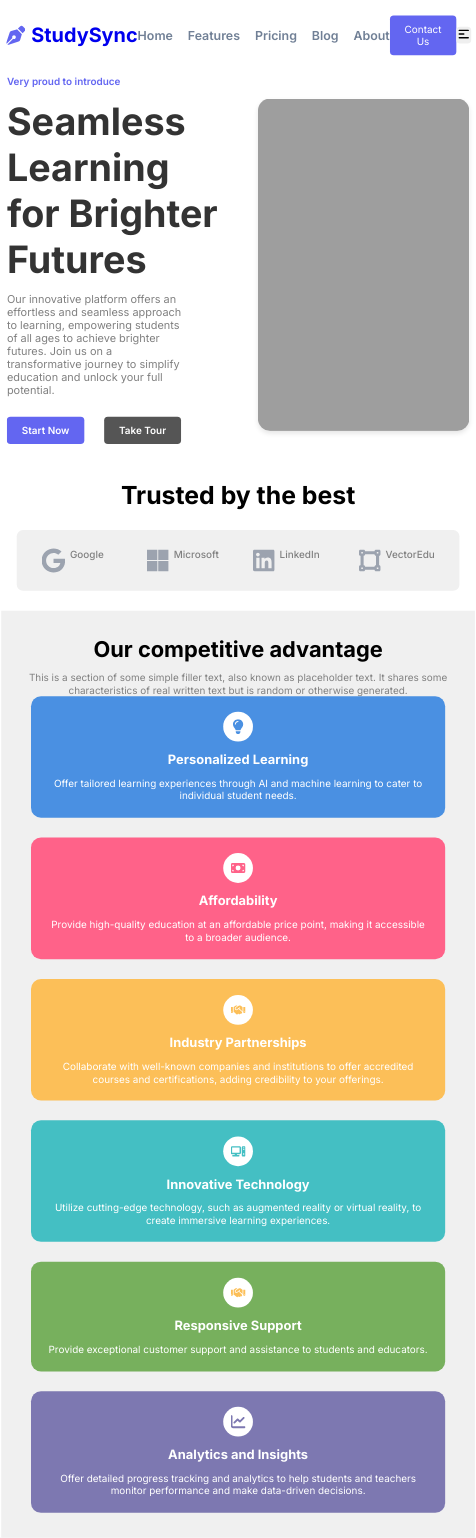
Repository: Vaibhav979/StudySync-FrontEnd-Project
Page: index.html
These files come from the project's save history. The page is drawn as it stood at one moment and after the next save; the edit follows.
The browser window is 768 px wide. The pictures show the whole page, at 62% of full size.
Pictures or frames that could not be fetched are drawn as grey boxes.

Above is the page before, as saved 2025-04-17 22:15:58.

### index.html
<!DOCTYPE html>
<html lang="en">

<head>
    <meta charset="UTF-8">
    <meta name="viewport" content="width=device-width, initial-scale=1.0">
    <title>Document</title>
    <link rel="stylesheet" href="styles.css">
</head>

<body>
    <div class="header">
        <header class="header-content">
            <a href="#logo" class="logo">
                <img src="/images/StudySyn.svg" alt="" class="logo-icon">
                <span class="logo-text">StudySync</span>
            </a>

            <nav class="nav">
                <a href="#home" class="nav-link">Home</a>
                <a href="#features" class="nav-link">Features</a>
                <a href="#pricing" class="nav-link">Pricing</a>
                <a href="#blog" class="nav-link">Blog</a>
                <a href="#about" class="nav-link">About</a>
            </nav>

            <a href="#contact" class="contact-button">
                Contact Us
            </a>

            <button type="button" class="menu-button">
                <img src="/images/Hamburger.svg" alt="" class="menu-icon">
            </button>
        </header>
    </div>

    <div class="content">
        <section class="main-section">
            <div class="content-left">
                <p class="section-label">Very proud to introduce</p>
                <h1 class="section-title">Seamless Learning for Brighter Futures</h1>
                <p class="section-description">Our innovative platform offers an effortless and seamless approach to
                    learning, empowering students of all ages to achieve brighter futures. Join us on a transformative
                    journey to simplify education and unlock your full potential.
                </p>
                <div class="button-group">
                    <a href="#start" class="start-button">Start Now</a>
                    <a href="#tour" class="tour-button">Take Tour</a>
                </div>
            </div>

            <div class="content-right">
                <div class="image-container">
                    <img class="section-image" src="/images/usgs-hoS3dzgpHzw-unsplash.jpg" alt="">
                </div>
            </div>
        </section>
    </div>

    <div class="company-container">
        <h2 class="company-title">Trusted by the best</h2>
        <div class="company-grid">
            <div class="company-logo">
                <img src="/images/Google.svg" alt="" class="svg-img">
                <span class="logo-txt">Google</span>
            </div>
            <div class="company-logo"><img src="/images/Microsoft.svg" alt="" class="svg-img">
                <span class="logo-txt">Microsoft</span>
            </div>
            <div class="company-logo"><img src="/images/linkedin.svg" alt="" class="svg-img">
                <span class="logo-txt">LinkedIn</span>
            </div>
            <div class="company-logo"><img src="/images/VectorEdu.svg" alt="" class="svg-img">
                <span class="logo-txt">VectorEdu</span>
            </div>
        </div>
    </div>

    <div class="feature-container">
        <div class="feature-content">
            <div class="main-info">
                <h2 class="main-title">Our competitive advantage</h2>
                <p class="main-description">This is a section of some simple filler text, also known as placeholder
                    text. It shares some
                    characteristics of real written text but is random or otherwise generated.</p>
            </div>
            <!-- cards -->
            <div class="feature-grid">
                <!--card1-->
                <div class="feature-card">
                    <div class="icon-container">
                        <img class="feature-svg" src="./images/PersonalizedLearn.svg" />
                    </div>
                    <div class="feature-info">
                        <div class="feature-title">Personalized Learning</div>
                        <div class="feature-description">Offer tailored learning experiences through AI and machine
                            learning to cater to individual student needs.</div>
                    </div>
                </div>
                <!--card2-->
                <div class="feature-card">
                    <div class="icon-container">
                        <img class="feature-svg" src="./images/Affordability.svg" />
                    </div>
                    <div class="feature-info">
                        <div class="feature-title">Affordability</div>
                        <div class="feature-description">Provide high-quality education at an affordable price point,
                            making it accessible to a broader audience.</div>
                    </div>
                </div>
                <!--card3-->
                <div class="feature-card">
                    <div class="icon-container">
                        <img class="feature-svg" src="./images/IndustryPatner.svg" />
                    </div>
                    <div class="feature-info">
                        <div class="feature-title">Industry Partnerships</div>
                        <div class="feature-description">Collaborate with well-known companies and institutions to offer
                            accredited courses and certifications, adding credibility to your offerings.</div>
                    </div>
                </div>
                <!--card4-->
                <div class="feature-card">
                    <div class="icon-container">
                        <img class="feature-svg" src="./images/InnovativeTech.svg" />
                    </div>
                    <div class="feature-info">
                        <div class="feature-title">Innovative Technology</div>
                        <div class="feature-description">Utilize cutting-edge technology, such as augmented reality or
                            virtual reality, to create immersive learning experiences.</div>
                    </div>
                </div>
                <!--card5-->
                <div class="feature-card">
                    <div class="icon-container">
                        <img class="feature-svg" src="./images/IndustryPatner.svg" />
                    </div>
                    <div class="feature-info">
                        <div class="feature-title">Responsive Support</div>
                        <div class="feature-description">Provide exceptional customer support and assistance to students
                            and educators.</div>
                    </div>
                </div>
                <!-- card 6 -->
                <div class="feature-card">
                    <div class="icon-container">
                        <img class="feature-svg" src="./images/Analytics.svg" />
                    </div>
                    <div class="feature-info">
                        <div class="feature-title">
                            Analytics and Insights
                        </div>
                        <div class="feature-description">
                            Offer detailed progress tracking and analytics to help students and teachers monitor
                            performance and make data-driven decisions.
                        </div>
                    </div>
                </div>
            </div>
        </div>
    </div>
</body>

</html>

### styles.css
@import url("https://fonts.googleapis.com/css2?family=Inter:wght@100;200;400;500;600;700&display=swap");

:root {
  --primary-color: #6366f1;
  --accent-color: #3f83f8;
  --text-color: #333333;
  --link-color: #2563eb;
  --background-color: #ffffff;
  --light-gray: #f0f0f0;
  --gray: #808080;
  --dark-gray: #555;
}

* {
  margin: 0;
  padding: 0;
  font-family: "Inter", sans-serif;
  text-decoration: none;
}

body {
  height: 100vh;
  text-align: center;
  background-color: var(--background-color);
  padding: 0.1rem;
  /* align-items: center; */
}

header {
  display: flex;
  justify-content: space-between;
  align-items: center;
  max-width: 1280px;
  margin: 0 auto;
  padding: 0.5rem;
}

.header {
  /* border: 1px solid black; */
}

.logo {
  display: flex;
  align-items: center;
  font-size: 1.5rem;
  font-weight: bold;
  text-decoration: none;
  gap: 0.625rem;
}

.logo-icon {
  height: 5.875rem;
  width: 1.938rem;
}

.logo-text {
  font-size: 2rem;
  font-weight: bold;
}

.nav {
  display: none;
  gap: 1.5rem;
}

@media screen and (min-width: 768px) {
  .nav {
    display: flex;
  }
}

.nav-link {
  color: #718096;
  font-size: 1.25rem;
  font-weight: 600;
  transform: color 0.1s;
}

.nav-link:hover {
  color: var(--link-color);
}

.contact-button {
  display: none;
  border: none;
  border-radius: 0.375rem;
  background-color: var(--primary-color);
  color: var(--background-color);
  transform: all 0.1s;
  padding: 0.75rem 1.5rem;
}

@media screen and (min-width: 768px) {
  .contact-button {
    display: block;
  }
}

.contact-button:hover {
  background-color: #5254f8;
}

.menu-button {
  display: none;
  border: none;
  border-radius: 0.375rem;
}

@media screen and (max-width: 768px) {
  .menu-button {
    display: block;
  }
}

.menu-icon {
  height: 1.5rem;
  width: 1.5rem;
}

.main-section {
  display: flex;
  max-width: 1280px;
  flex-direction: column;
  gap: 2rem;
  padding: 0.6rem;
  align-items: center;
  margin: 0 auto;
}

.content-left {
  text-align: center;
  animation: slideFromLeft 1s ease forwards;
  opacity: 0;
}

@keyframes slideFromLeft {
  0% {
    opacity: 0;
    transform: translateX(-100px);
  }

  100% {
    opacity: 1;
    transform: translateX(0);
  }
}

.section-label {
  font-size: 1.15rem;
  font-weight: 600;
  color: var(--primary-color);
}

.section-title {
  font-size: 2.3rem;
  padding: 1.1rem;
  color: var(--text-color);
}

.section-description {
  color: var(--gray);
  font-size: 1.13rem;
}

.button-group {
  display: flex;
  gap: 2rem;
  padding: 1rem;
  margin-top: 1rem;
  align-items: center;
  justify-content: center;
}

.start-button,
.tour-button {
  /* margin: 2rem; */
  border: none;
  border-radius: 0.375rem;
  background-color: var(--primary-color);
  color: var(--background-color);
  transform: all 0.1s;
  padding: 0.75rem 1.5rem;
  font-size: 1rem;
  font-weight: 600;
}

.tour-button {
  background-color: var(--dark-gray);
}

.start-button:hover {
  background-color: var(--link-color);
}

.tour-button:hover {
  background-color: var(--light-gray);
}

.content-right {
  display: flex;
  align-items: center;
  justify-content: center;
}

.image-container {
  border: none;
  border-radius: 1.225rem;
  overflow: hidden;
  box-shadow: 0px 4px 8px rgba(0, 0, 0, 0.1);
  height: 50vh;
  /* width: 60vw; */
}

.section-image {
  height: 100%;
  width: 100%;
}

@media screen and (min-width: 768px) {
  .main-section {
    flex-direction: row;
  }

  .content-left {
    max-width: 50%;
    text-align: left;
  }

  .section-title {
    padding-left: 0;
  }

  .button-group {
    justify-content: start;
    padding-left: 0;
  }

  .section-label {
    font-size: 1rem;
  }

  .section-title {
    font-size: 3.8rem;
  }

  .image-container {
    height: 67vh;
  }

  .section-description {
    font-size: 1.1rem;
    color: var(--gray);
    width: 78%;
  }
}

.company-container {
  display: flex;
  flex-direction: column;
  justify-content: center;
  align-items: center;
  margin-top: 2rem;
  animation: slideFromLeft 1s ease forwards;
}

.company-grid {
  margin-top: 2rem;
  display: grid;
  grid-template-columns: repeat(2, 1fr);
  gap: 3rem;
  padding: 1.8rem 2.5rem;
  background-color: var(--light-gray);
  margin-bottom: 2rem;
  border: none;
  border-radius: 0.625rem;
}

.company-logo {
  font-size: 1rem;
  font-weight: 500;
  color: var(--gray);
  display: flex;
  gap: 0.5rem;
}

.svg-img {
  height: 40px;
}

.logo-txt {
  font-size: 1rem;
}

@media screen and (min-width: 640px) {
  .company-grid {
    grid-template-columns: repeat(4, 1fr);
  }

  .company-title {
    font-size: 2.5rem;
    font-weight: bold;
  }
}

.feature-container {
  background-color: var(--light-gray);
  padding: 2.5rem 0;
  text-align: center;
}

.feature-content {
  max-width: 800px;
  margin: 0 auto;
  padding: 0 2rem;
}

.main-info {
  display: flex;
  flex-direction: column;
  gap: 1rem;
}

.main-title {
  font-size: 2.2rem;
  font-weight: bold;
}

.main-description {
  color: var(--gray);
  font-size: 1rem;
}

.feature-grid {
  display: grid;
  grid-gap: 2rem;
  grid-template-columns: repeat(2, 1fr);
  margin-top: 1rem;
}

.feature-svg {
  width: 1.5rem;
  height: 1.5rem;
}

.icon-container {
  background-color: var(--background-color);
  height: 3rem;
  width: 3rem;
  border-radius: 50%;
  display: flex;
  justify-content: center;
  align-items: center;
}

.feature-card {
  display: flex;
  justify-content: center;
  align-items: center;
  flex-direction: column;
  background-color: #6d7890;
  padding: 1.6rem;
  border-radius: 1rem;
  gap: 1rem;
}

.feature-info {
  display: flex;
  flex-direction: column;
  gap: 1rem;
}

.feature-title {
  color: white;
  font-weight: bold;
  font-size: 1.3rem;
}

.feature-description {
  color: white;
}

.feature-card:nth-child(1) {
  background-color: #4a90e2;
}

.feature-card:nth-child(2) {
  background-color: #ff6289;
}

.feature-card:nth-child(3) {
  background-color: #fcbf58;
}

.feature-card:nth-child(4) {
  background-color: #44bfc3;
}

.feature-card:nth-child(5) {
  background-color: #77b05d;
}

.feature-card:nth-child(6) {
  background-color: #7d78b1;
}

@media screen and (max-width: 768px) {
  .feature-grid {
    grid-template-columns: repeat(1, 1fr);
    margin: 0 1rem;
  }
}

After the next save:
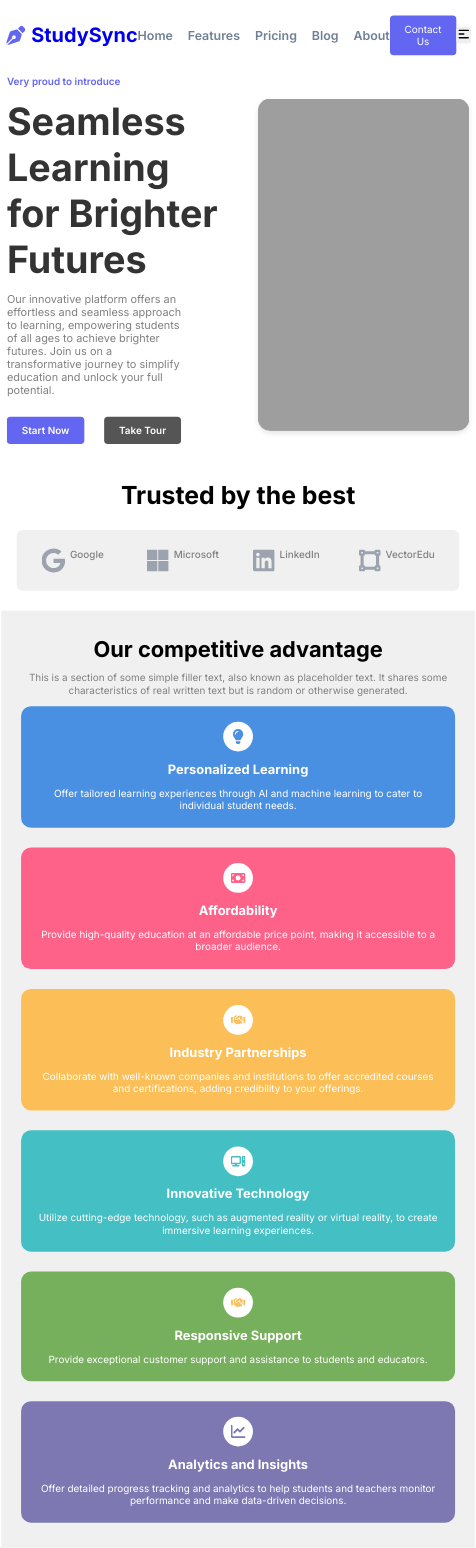
Saved 47 s later.
--- a/styles.css
+++ b/styles.css
@@ -406,6 +406,5 @@
 @media screen and (max-width: 768px) {
   .feature-grid {
     grid-template-columns: repeat(1, 1fr);
-    margin: 0 1rem;
-  }
-}
+  }
+}
